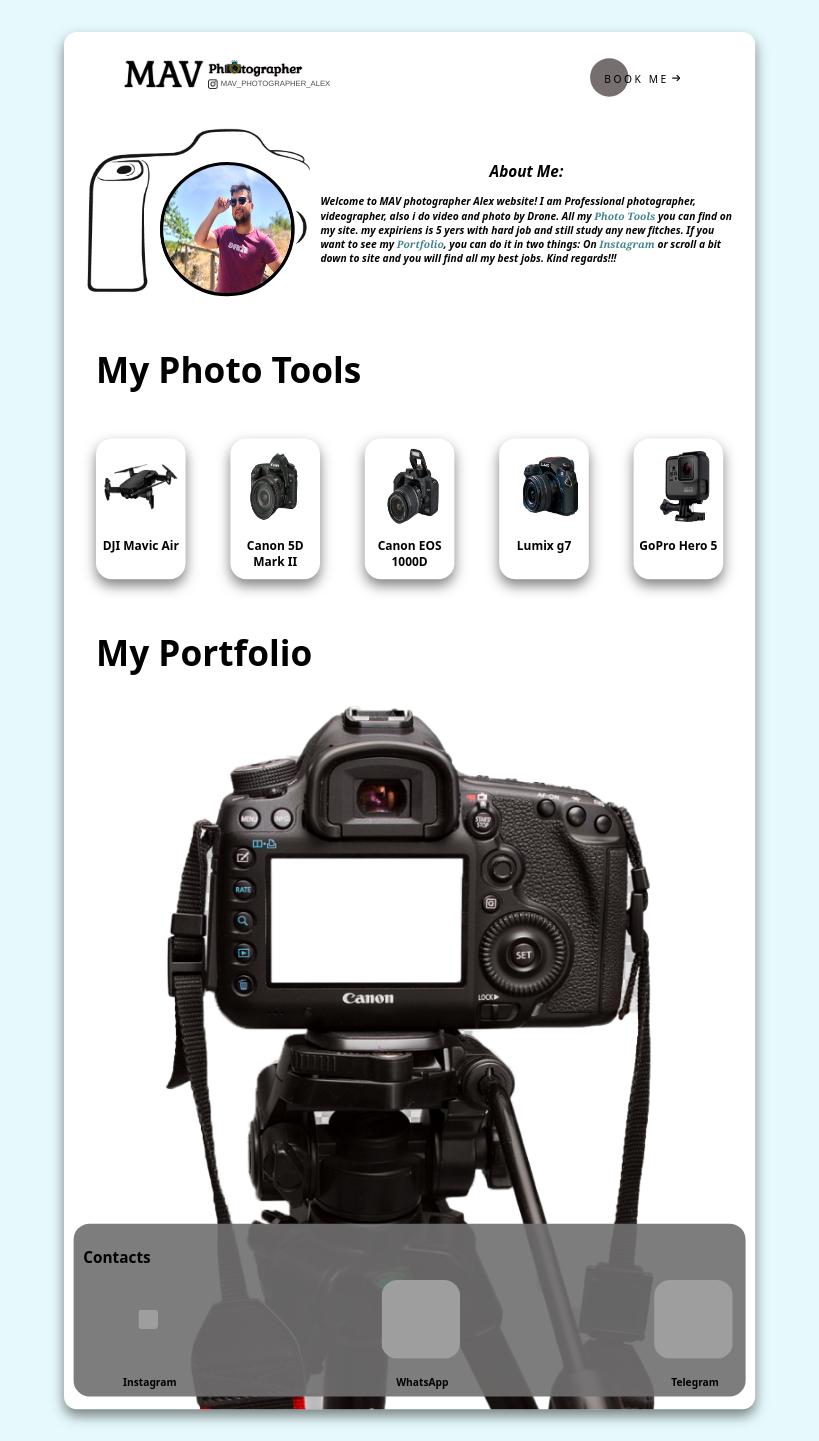
Repository: Dekabrist94/MAV
Page: /
The author's editor kept a copy of each file at every save. The page is drawn from the files as they stood at one save, then again after the next save.
The browser window is 1280 px wide. The pictures show the whole page, at 64% of full size.
The pointer rests on the first visible `.qrcode`.
Pictures or frames that could not be fetched are drawn as grey boxes. The project was rebuilt for these pictures with package versions that can differ from the ones it lists, and the page was loaded fresh each time.

Above is the page before, as saved 2023-03-11 17:39:53.

After the next save:
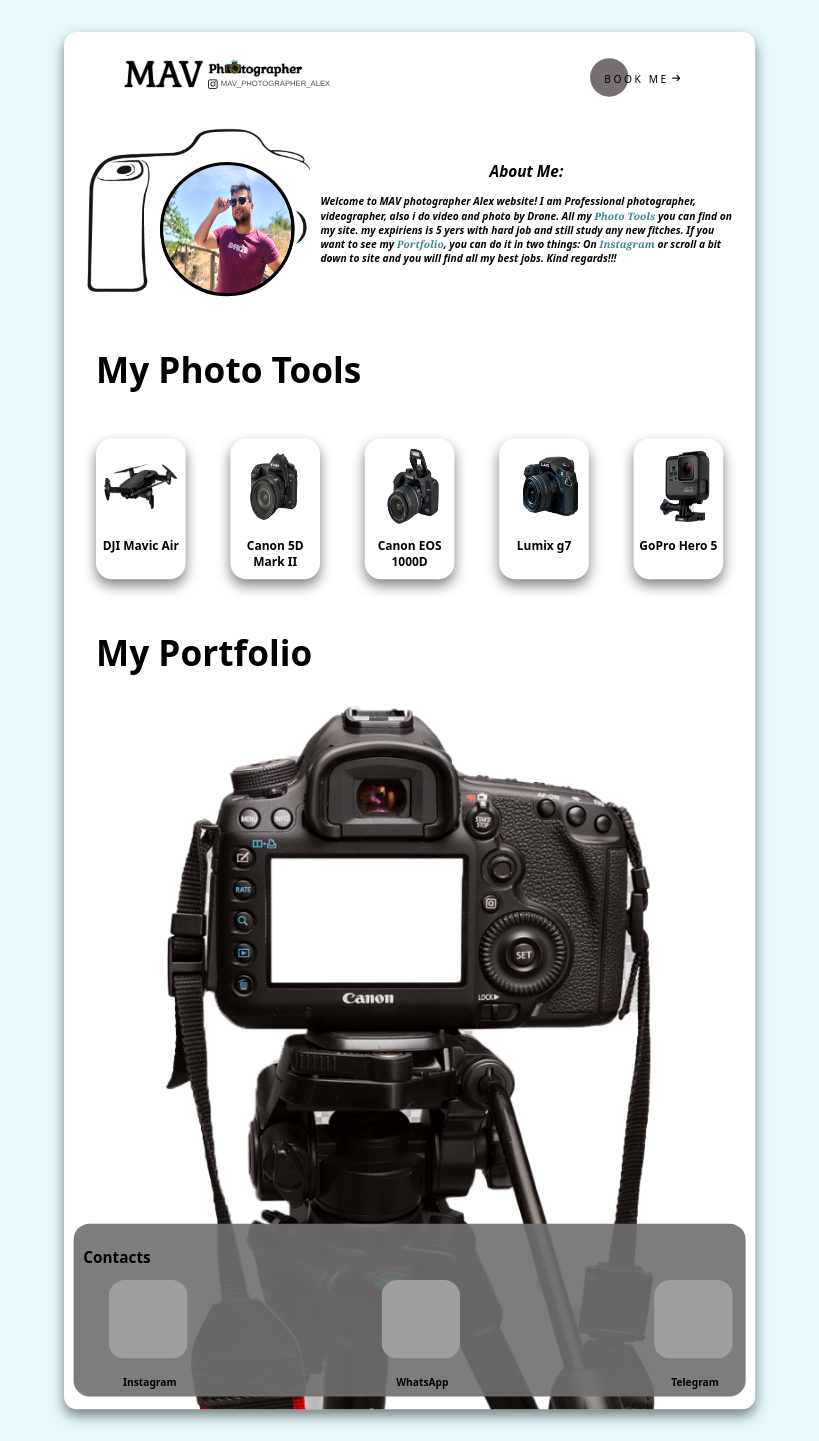
Saved 8 s later.
--- a/src/index.scss
+++ b/src/index.scss
@@ -190,5 +190,5 @@
 }
 
 .qrcode:hover {
-  transform: scale(0.25);
+  transform: scale(1);
 }
